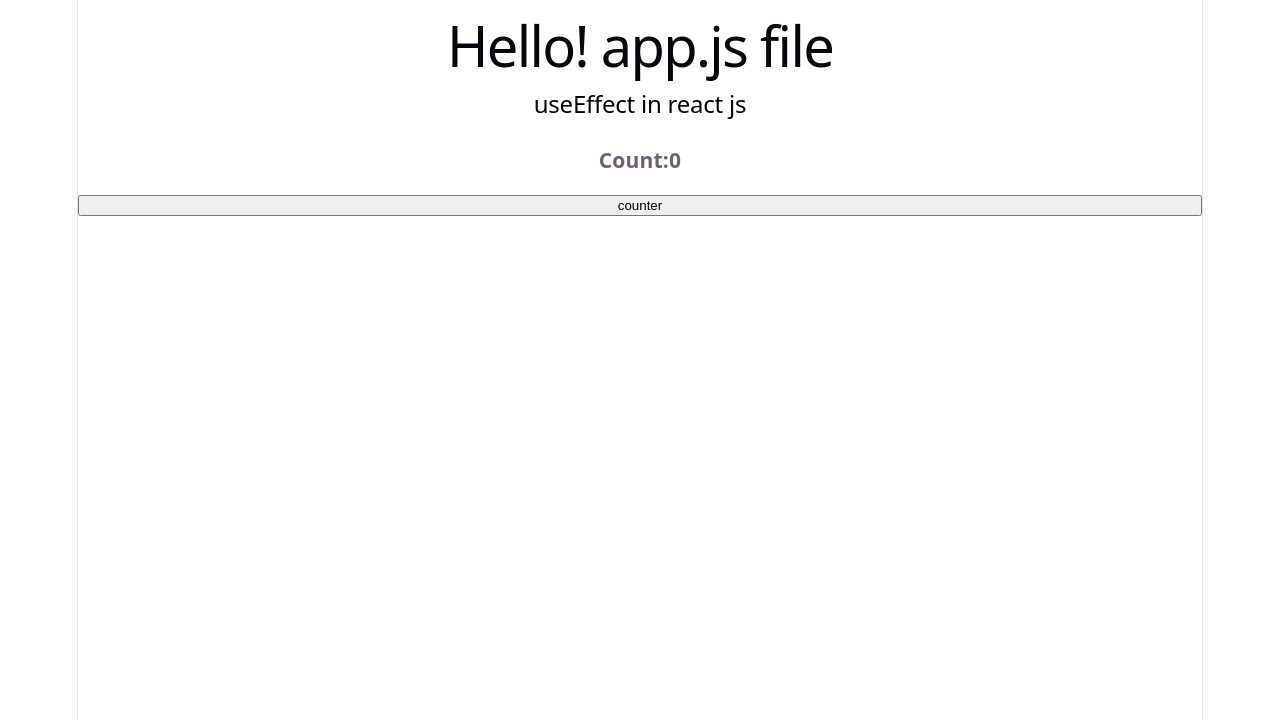
Repository: Gulzarokz/React_Course_Review
Page: / (app in vite-Project/)
An editor plug-in stored every save of this project. The page is shown before and after the next save, followed by the edit.
The browser window is 1280 px wide. The pictures show the whole page.
The project was rebuilt for these pictures with package versions that can differ from the ones it lists, and the page was loaded fresh each time. Also part of the build but not shown: vite-Project/vite.config.js.

Above is the page before, as saved 2026-04-22 14:57:25.

### vite-Project/index.html
<!doctype html>
<html lang="en">
  <head>
    <meta charset="UTF-8" />
    <link rel="icon" type="image/svg+xml" href="/favicon.svg" />
    <meta name="viewport" content="width=device-width, initial-scale=1.0" />
    <title>vite-project</title>
  </head>
  <body>
    <div id="root"></div>
    <script type="module" src="/src/main.jsx"></script>
  </body>
</html>

### vite-Project/src/index.css
:root {
  --text: #6b6375;
  --text-h: #08060d;
  --bg: #fff;
  --border: #e5e4e7;
  --code-bg: #f4f3ec;
  --accent: #aa3bff;
  --accent-bg: rgba(170, 59, 255, 0.1);
  --accent-border: rgba(170, 59, 255, 0.5);
  --social-bg: rgba(244, 243, 236, 0.5);
  --shadow:
    rgba(0, 0, 0, 0.1) 0 10px 15px -3px, rgba(0, 0, 0, 0.05) 0 4px 6px -2px;

  --sans: system-ui, 'Segoe UI', Roboto, sans-serif;
  --heading: system-ui, 'Segoe UI', Roboto, sans-serif;
  --mono: ui-monospace, Consolas, monospace;

  font: 18px/145% var(--sans);
  letter-spacing: 0.18px;
  color-scheme: light dark;
  color: var(--text);
  background: var(--bg);
  font-synthesis: none;
  text-rendering: optimizeLegibility;
  -webkit-font-smoothing: antialiased;
  -moz-osx-font-smoothing: grayscale;

  @media (max-width: 1024px) {
    font-size: 16px;
  }
}

@media (prefers-color-scheme: dark) {
  :root {
    --text: #9ca3af;
    --text-h: #f3f4f6;
    --bg: #16171d;
    --border: #2e303a;
    --code-bg: #1f2028;
    --accent: #c084fc;
    --accent-bg: rgba(192, 132, 252, 0.15);
    --accent-border: rgba(192, 132, 252, 0.5);
    --social-bg: rgba(47, 48, 58, 0.5);
    --shadow:
      rgba(0, 0, 0, 0.4) 0 10px 15px -3px, rgba(0, 0, 0, 0.25) 0 4px 6px -2px;
  }

  #social .button-icon {
    filter: invert(1) brightness(2);
  }
}

body {
  margin: 0;
}

#root {
  width: 1126px;
  max-width: 100%;
  margin: 0 auto;
  text-align: center;
  border-inline: 1px solid var(--border);
  min-height: 100svh;
  display: flex;
  flex-direction: column;
  box-sizing: border-box;
}

h1,
h2 {
  font-family: var(--heading);
  font-weight: 500;
  color: var(--text-h);
}

h1 {
  font-size: 56px;
  letter-spacing: -1.68px;
  margin: 32px 0;
  @media (max-width: 1024px) {
    font-size: 36px;
    margin: 20px 0;
  }
}
h2 {
  font-size: 24px;
  line-height: 118%;
  letter-spacing: -0.24px;
  margin: 0 0 8px;
  @media (max-width: 1024px) {
    font-size: 20px;
  }
}
p {
  margin: 0;
}

code,
.counter {
  font-family: var(--mono);
  display: inline-flex;
  border-radius: 4px;
  color: var(--text-h);
}

code {
  font-size: 15px;
  line-height: 135%;
  padding: 4px 8px;
  background: var(--code-bg);
}

### vite-Project/src/App.jsx
import { useState } from 'react';
import UseEffectProps from './UseEffectProps';



function App() {
  const [count, setCount] = useState(0)

  // function getData() {
  //   alert('Hello How are you!')
  // }
  return (
    <>
      <h1>Hello! app.js file</h1>
      <UseEffectProps data={count} />
      <button onClick={() => setCount(count + 1)}>counter</button>



    </>
  )
}
export default App

### vite-Project/src/UseEffectProps.jsx
import React, { useEffect } from 'react'

function UseEffectProps(Props) {

    useEffect(() => {
        console.log("useEffect in react js", Props);

    })
    return (
        <>
            <h2>useEffect in react js</h2>

            <h3> Count:{Props.data}</h3>


        </>
    )
}

export default UseEffectProps

### vite-Project/src/UseEffectWIthCondition.jsx
import React, { useEffect, useState } from 'react'

const UseEffectWIthCondition = () => {
    const [age, setAge] = useState(21)
    const [count, setCount] = useState()

    useEffect(() => {
        console.log("useEffect called here");

    })
    return (
        <>
            <h2>UseEffect with Condition in Reactjs</h2>
            <h3>age:{age}</h3>
            <h3>count:{count}</h3>
            <button onClick={() => setAge(age + 1)}>update age</button>
            <button onClick={() => setCount(count + 1)}>update age</button>

        </>
    )
}

export default UseEffectWIthCondition

Loaded but not shown: vite-Project/src/main.jsx (common file)

After the next save:
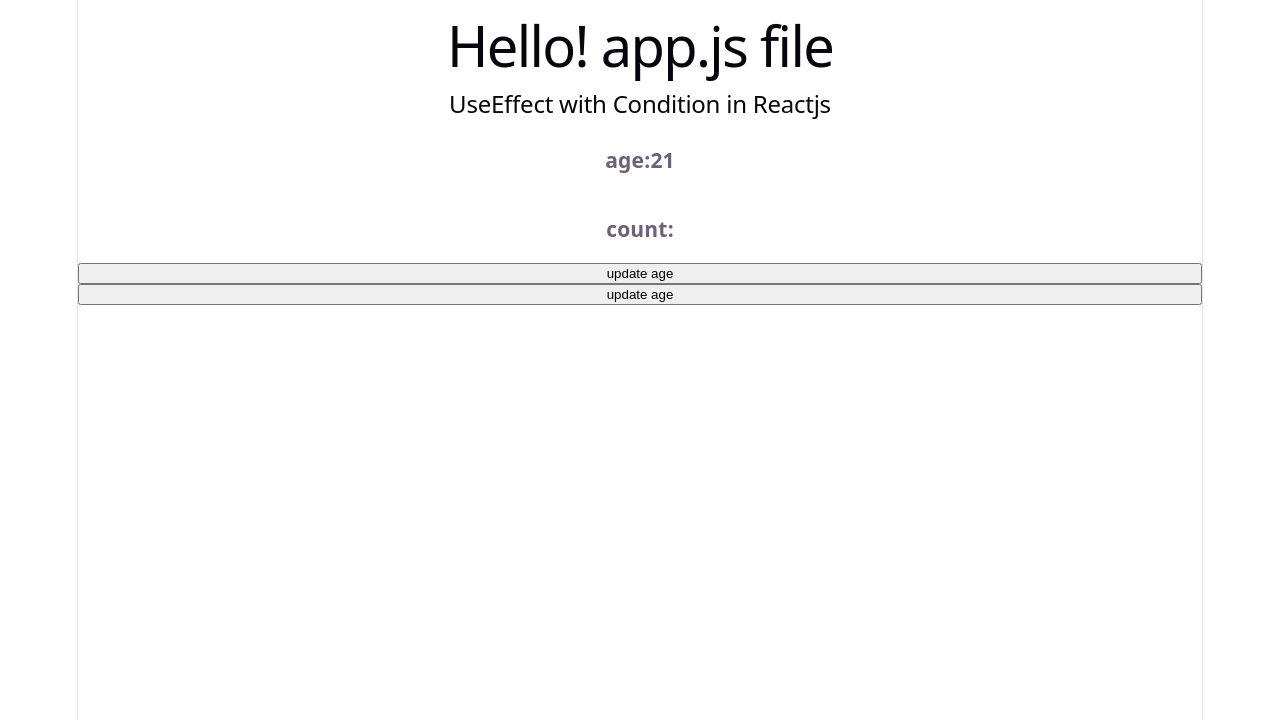
Saved 60 s later.
--- a/vite-Project/src/App.jsx
+++ b/vite-Project/src/App.jsx
@@ -1,5 +1,7 @@
 import { useState } from 'react';
-import UseEffectProps from './UseEffectProps';
+// import UseEffectHook from './UseEffectHook';
+import UseEffectWIthCondition from './UseEffectWIthCondition';
+
 
 
 
@@ -12,9 +14,10 @@ function App() {
   return (
     <>
       <h1>Hello! app.js file</h1>
-      <UseEffectProps data={count} />
+      {/* <UseEffectProps data={count} />
       <button onClick={() => setCount(count + 1)}>counter</button>
-
+ */}
+      <UseEffectWIthCondition />
 
 
     </>
